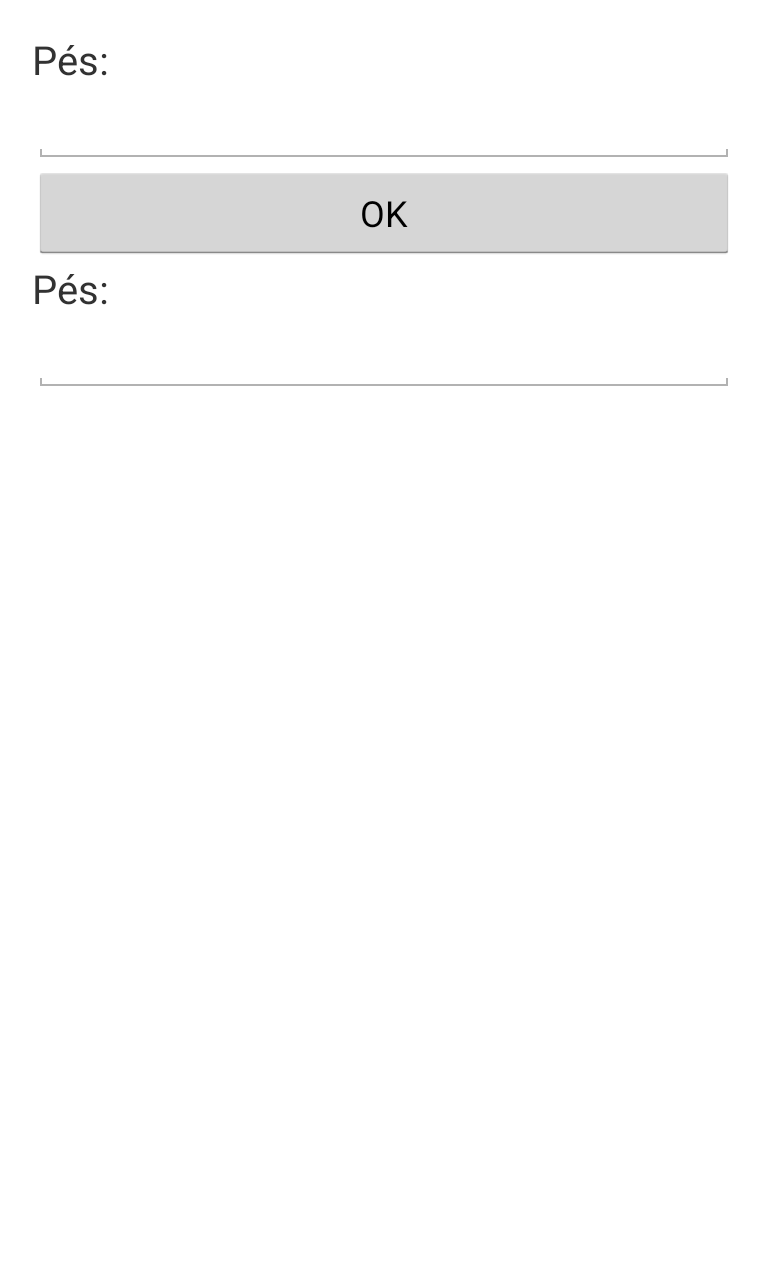
Repository: erickluz/Android
Layout: ConversaoDistancia/res/layout/activity_main.xml
The author's editor kept a copy of each file at every save. The layout is drawn from the files as they stood at one save, then again after the next save.
It is drawn on a 768 x 1280 px phone screen (xhdpi) without system bars, with theme AppTheme; the app's code is not run.

Above is the layout before, as saved 2016-03-15 00:42:08.

### ConversaoDistancia/res/layout/activity_main.xml
<LinearLayout xmlns:android="http://schemas.android.com/apk/res/android"
    xmlns:tools="http://schemas.android.com/tools"
    android:layout_width="match_parent"
    android:layout_height="match_parent"
    android:paddingBottom="@dimen/activity_vertical_margin"
    android:paddingLeft="@dimen/activity_horizontal_margin"
    android:paddingRight="@dimen/activity_horizontal_margin"
    android:paddingTop="@dimen/activity_vertical_margin"
    android:orientation="vertical"
    tools:context="com.erick.conversaodistancia.MainActivity" >

    <TextView
        android:layout_width="wrap_content"
        android:layout_height="wrap_content"
        android:textSize="20sp"
        android:text="@string/pes" />

    <EditText
        android:id="@+id/txtPes"
        android:labelFor="@+id/txtPes"
        android:layout_width="fill_parent"
        android:layout_height="wrap_content"
        android:inputType="number"/>

    <Button
        android:id="@+id/btnOk"
        android:layout_width="fill_parent"
        android:layout_height="wrap_content"
        android:text="@string/btnOk"
        android:onClick="btnOkClick"/>

    <TextView
        android:layout_width="wrap_content"
        android:layout_height="wrap_content"
        android:textSize="20sp"
        android:text="@string/pes" />

    <EditText
        android:id="@+id/txtPes"
        android:labelFor="@+id/txtPes"
        android:layout_width="fill_parent"
        android:layout_height="wrap_content"
        android:inputType="number"/>

</LinearLayout>

### ConversaoDistancia/res/values/strings.xml
<?xml version="1.0" encoding="utf-8"?>
<resources>

    <string name="app_name">ConversaoDistancia</string>
    <string name="hello_world">Hello world!</string>
    <string name="action_settings">Settings</string>
    <string name="pes">Pés:</string>
    <string name="btnOk">OK</string>

</resources>

Loaded but not shown: ConversaoDistancia/res/values/styles.xml (common file); ConversaoDistancia/res/values-v11/styles.xml (common file); ConversaoDistancia/res/values-v14/styles.xml (common file); ConversaoDistancia/res/values/dimens.xml (common file); ConversaoDistancia/res/values-w820dp/dimens.xml (common file)

After the next save:
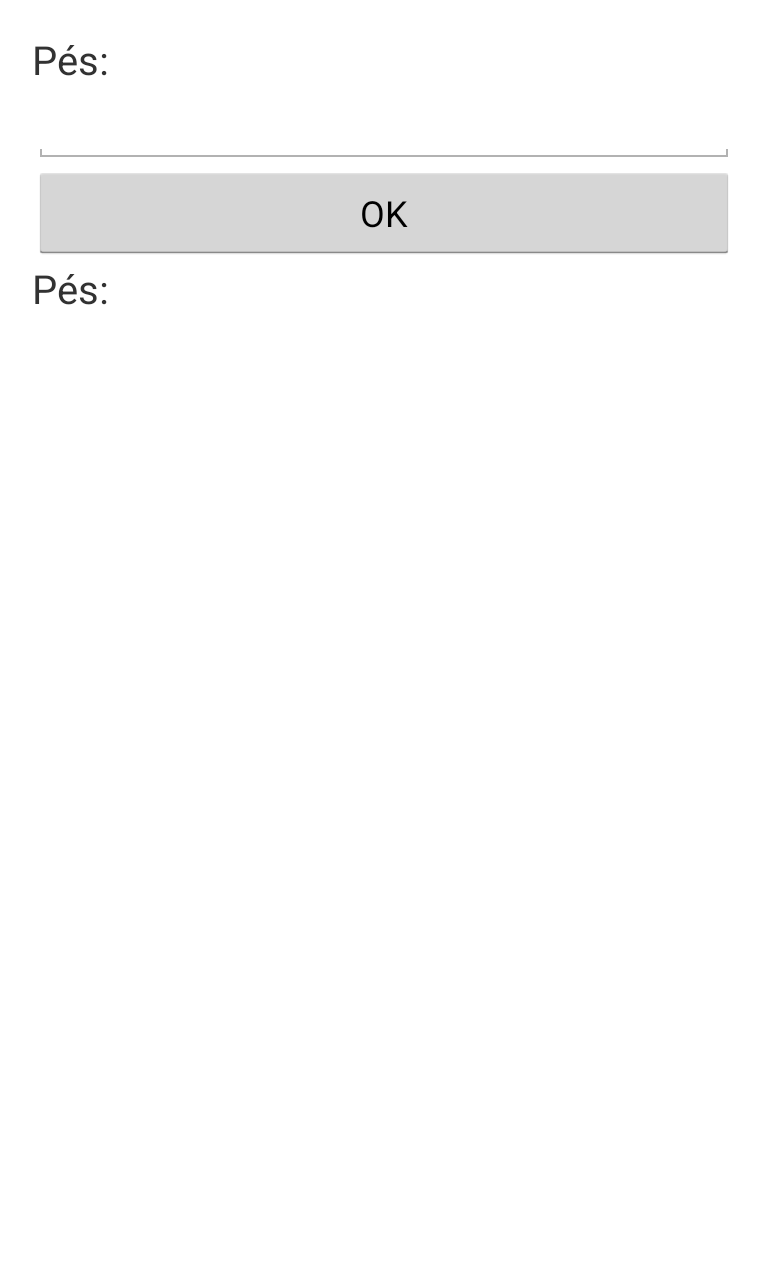
Saved 12 s later.
--- a/ConversaoDistancia/res/layout/activity_main.xml
+++ b/ConversaoDistancia/res/layout/activity_main.xml
@@ -35,11 +35,5 @@
         android:textSize="20sp"
         android:text="@string/pes" />
 
-    <EditText
-        android:id="@+id/txtPes"
-        android:labelFor="@+id/txtPes"
-        android:layout_width="fill_parent"
-        android:layout_height="wrap_content"
-        android:inputType="number"/>
 
 </LinearLayout>
